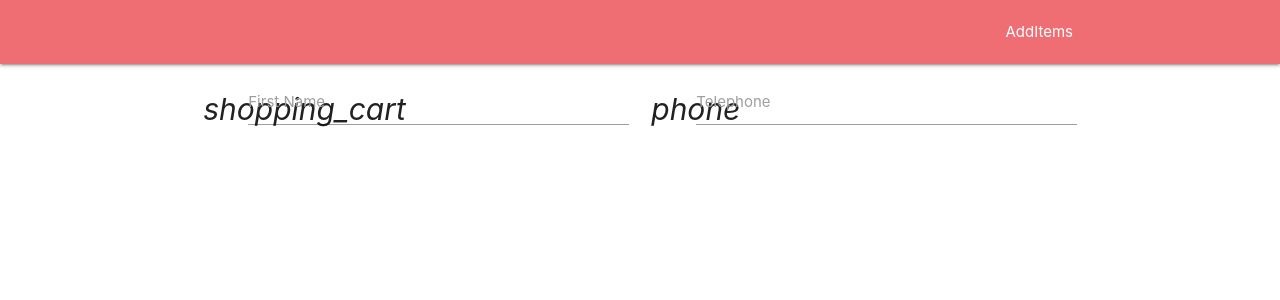
Repository: umarrg/crud-app-ejs-and-nodejs
Page: public/additem.html
An editor plug-in stored every save of this project. The page is shown before and after the next save, followed by the edit.
The browser window is 1280 px wide. The pictures show the whole page.

Above is the page before, as saved 2020-12-29 11:50:06.

### public/additem.html
<!DOCTYPE html>
<html lang="en">
<head>
    <meta charset="UTF-8">
    <meta name="viewport" content="width=device-width, initial-scale=1.0">
    <link rel="stylesheet" href="https://cdnjs.cloudflare.com/ajax/libs/materialize/1.0.0/css/materialize.min.css">
    <link href="https://fonts.googleapis.com/icon?family=Material+Icons" rel="stylesheet">
    <title></title>
</head>
<body>
    <nav>
        <div class="nav-wrapper container">
          <!-- <a href="#" class="brand-logo">Logo</a> -->
          <ul id="nav-mobile" class="right hide-on-med-and-down">
            <li><a href="http://localhost:9000/additem"> AddItems</a></li>

          </ul>
        </div>
      </nav>
      <div class="container">
        <div class="row">
            <form class="col s12">
              <div class="row">
                <div class="input-field col s6">
                  <i class="material-icons prefix">shopping_cart</i>
                  <input id="item-name" type="text" class="validate">
                  <label for="icon_prefix">First Name</label>
                </div>
                <div class="input-field col s6">
                  <i class="material-icons prefix">phone</i>
                  <input id="icon_telephone" type="tel" class="validate">
                  <label for="icon_telephone">Telephone</label>
                </div>
              </div>
            </form>
          </div>

      </div>

</body>
</html>

After the next save:
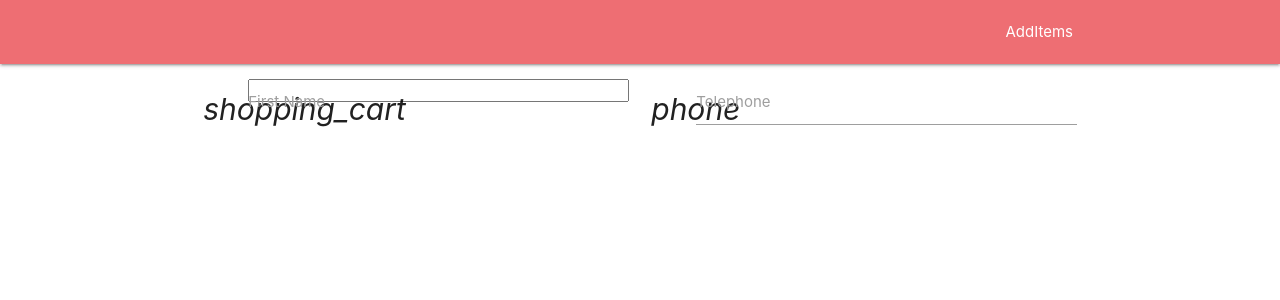
Saved 6 s later.
--- a/public/additem.html
+++ b/public/additem.html
@@ -23,7 +23,7 @@
               <div class="row">
                 <div class="input-field col s6">
                   <i class="material-icons prefix">shopping_cart</i>
-                  <input id="item-name" type="text" class="validate">
+                  <input id="item-name" type="name" class="validate">
                   <label for="icon_prefix">First Name</label>
                 </div>
                 <div class="input-field col s6">

After the save that followed:
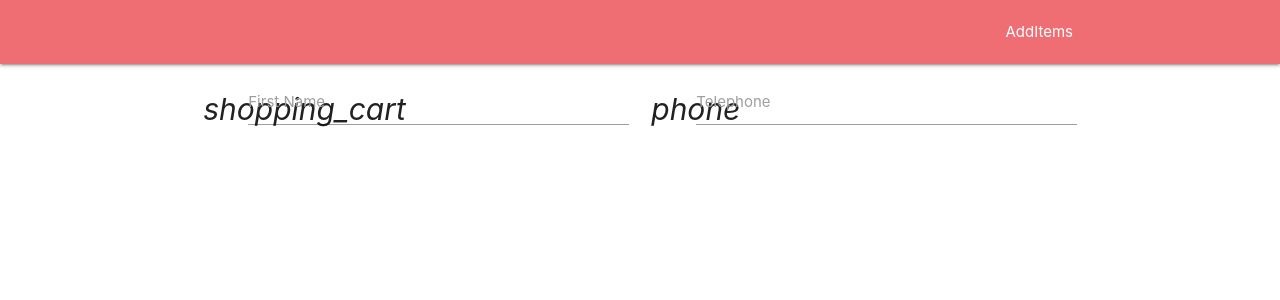
Saved 42 s later.
--- a/public/additem.html
+++ b/public/additem.html
@@ -23,7 +23,7 @@
               <div class="row">
                 <div class="input-field col s6">
                   <i class="material-icons prefix">shopping_cart</i>
-                  <input id="item-name" type="name" class="validate">
+                  <input id="item-name" type="text" class="validate">
                   <label for="icon_prefix">First Name</label>
                 </div>
                 <div class="input-field col s6">
